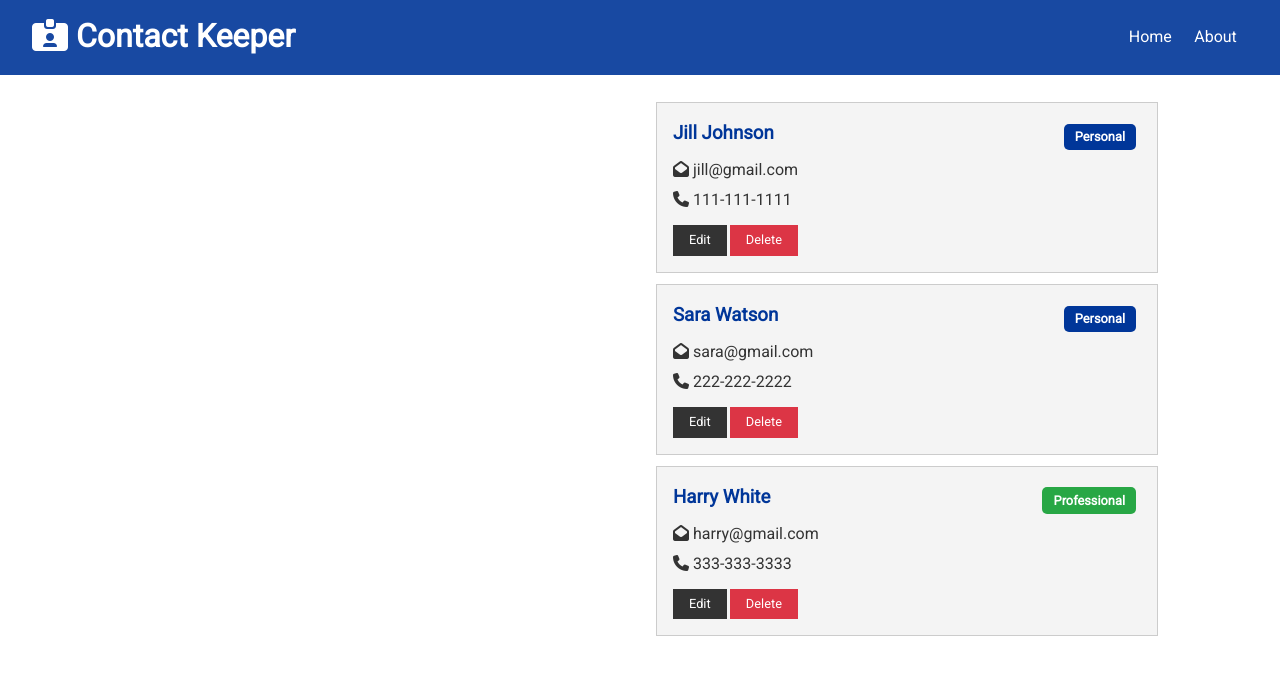
Repository: michaelm602623/contactKeeper
Page: / (app in client/)
These files come from the project's save history. The page is drawn as it stood at one moment and after the next save; the edit follows.
The browser window is 1280 px wide. The pictures show the whole page.
Some web libraries are served in a nearby version. The project was rebuilt for these pictures with package versions that can differ from the ones it lists, and the page was loaded fresh each time. A package was used in the major version that the imports need, not the one package.json lists. Also part of the build but not shown: client/src/components/pages/About.js.

Above is the page before, as saved 2019-11-21 12:44:05.

After the next save:
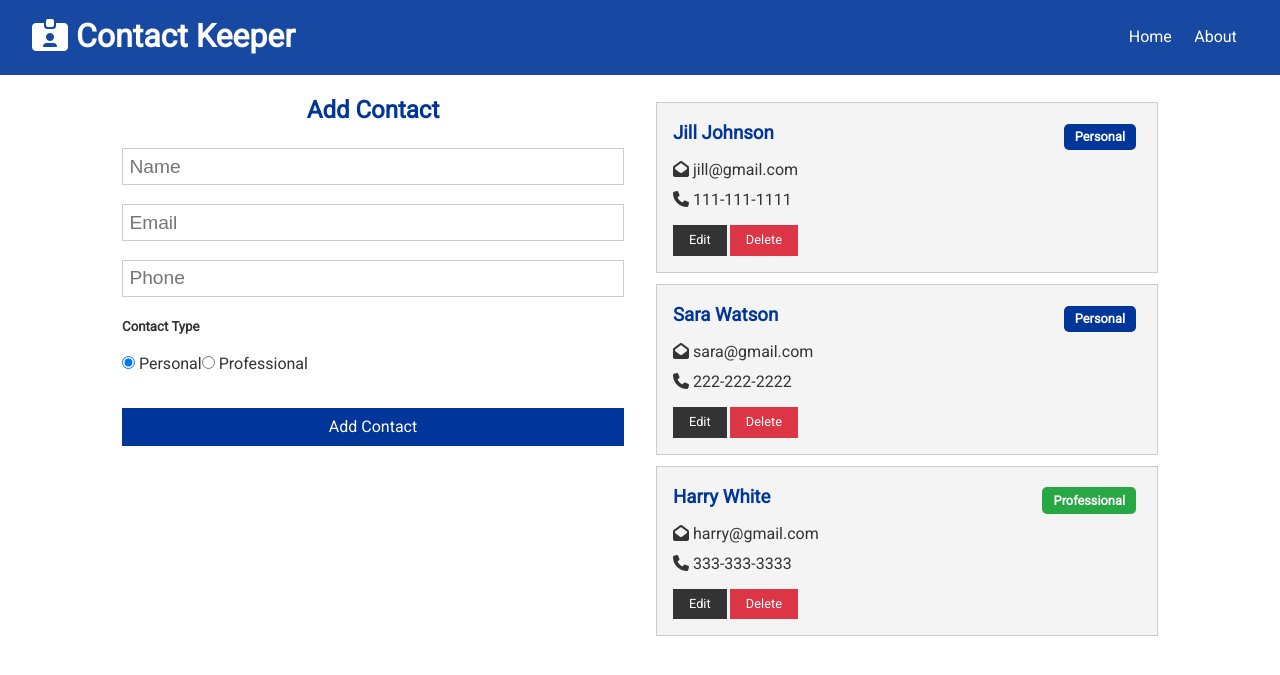
Saved 73 s later.
--- a/client/src/components/pages/Home.js
+++ b/client/src/components/pages/Home.js
@@ -1,11 +1,12 @@
 import React from "react";
 import Contacts from '../contacts/Contacts';
+import ContactForm from '../contacts/ContactForm';
 
 const Home = () => {
   return (
     <div className="grid-2">
       <div>
-        {/* ContactForm */}
+        <ContactForm />
       </div>
       <div>
         <Contacts />
